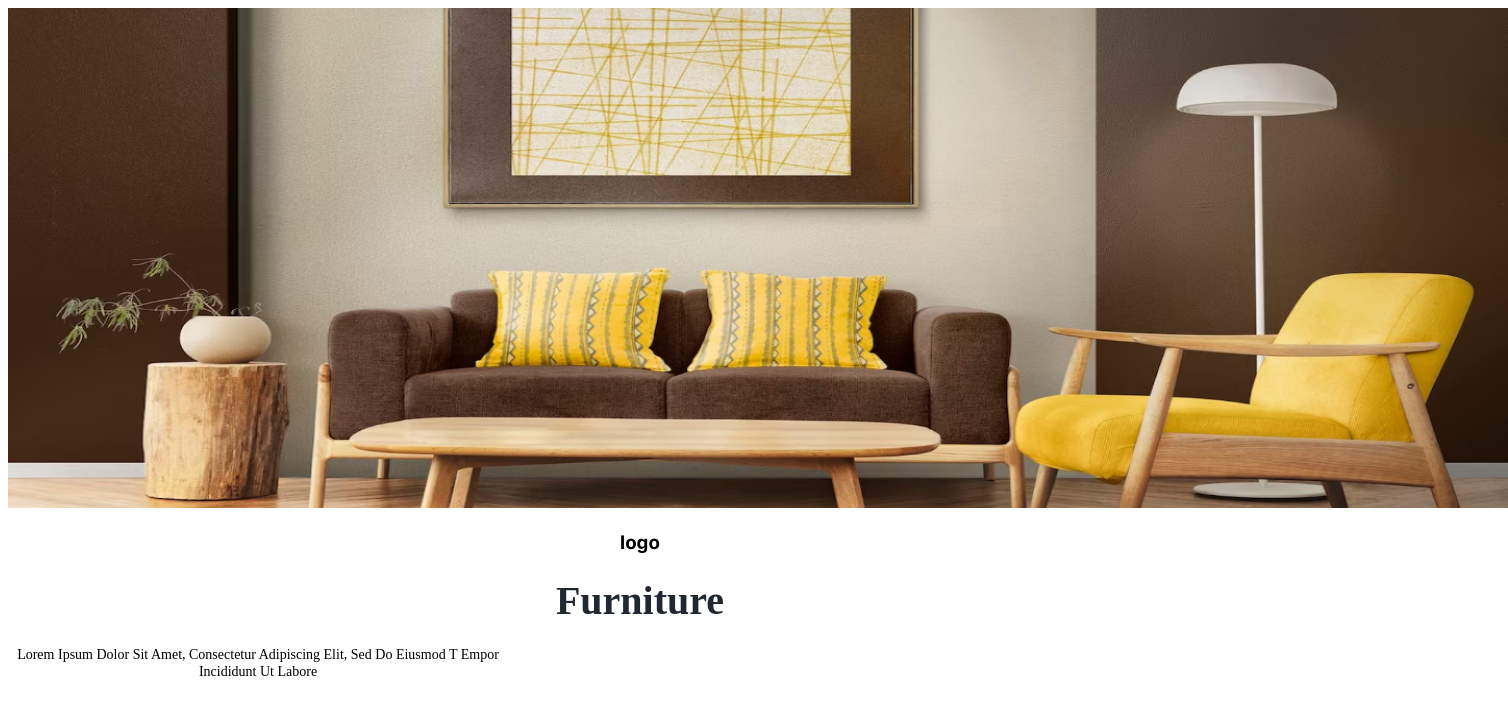
Repository: nikita120402/next13-deploy
Page: /
These files come from the project's save history. The page is drawn as it stood at one moment and after the next save; the edit follows.
The browser window is 1280 px wide. The page is 1508 px wide, so the pictures cover 1508 px, including what lies to the right of the window. The pictures show the whole page.
The project was rebuilt for these pictures with package versions that can differ from the ones it lists, and the page was loaded fresh each time. The framework's server and built-in components were replaced by stand-ins that run in the browser. Also part of the build but not shown: next.config.js.

Above is the page before, as saved 2023-08-02 10:42:41.

After the next save:
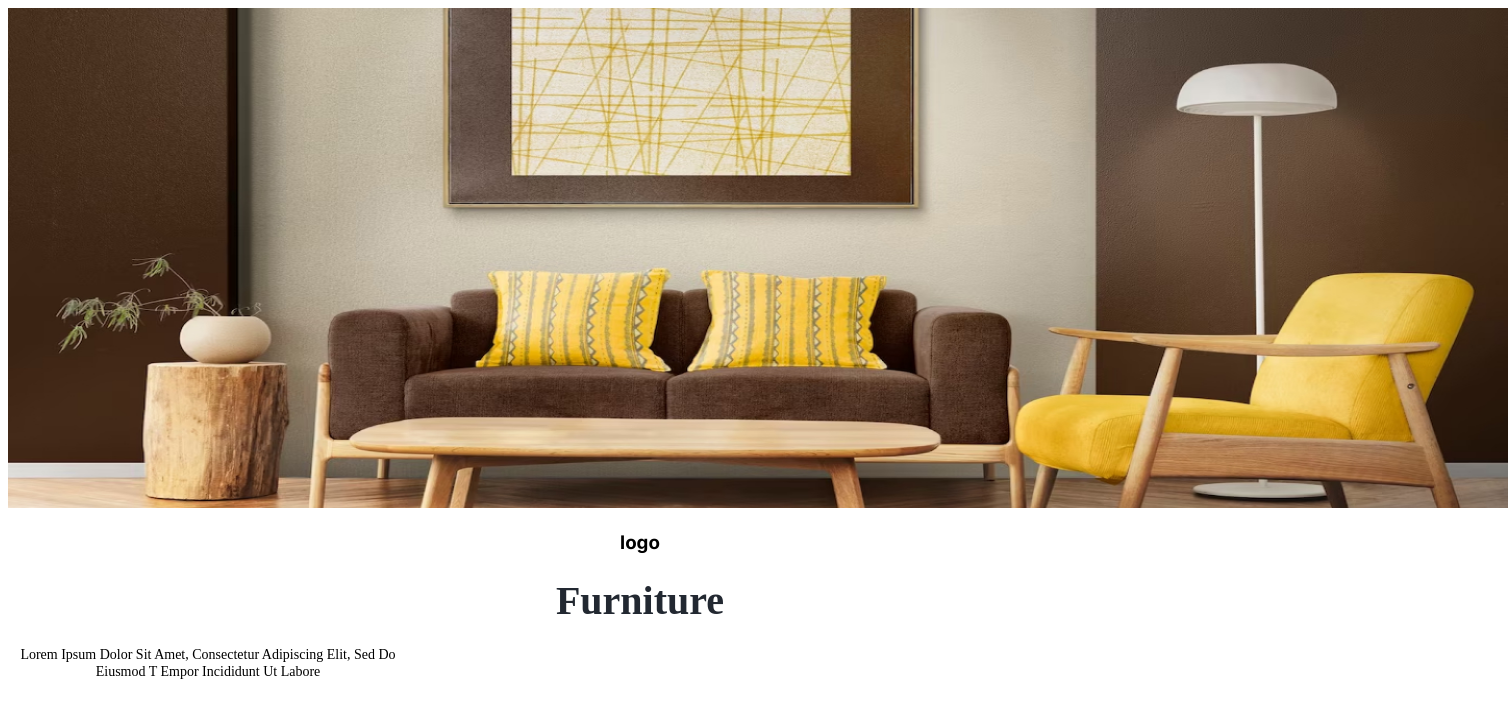
Saved 20 s later.
--- a/src/app/globals.css
+++ b/src/app/globals.css
@@ -16,7 +16,7 @@ font-size: 14px;
 font-style: normal;
 font-weight: 400;
 line-height: 120%; /* 24px */
-width: 500px;
+width: 400px;
 text-transform: capitalize;
 }
 h3{
